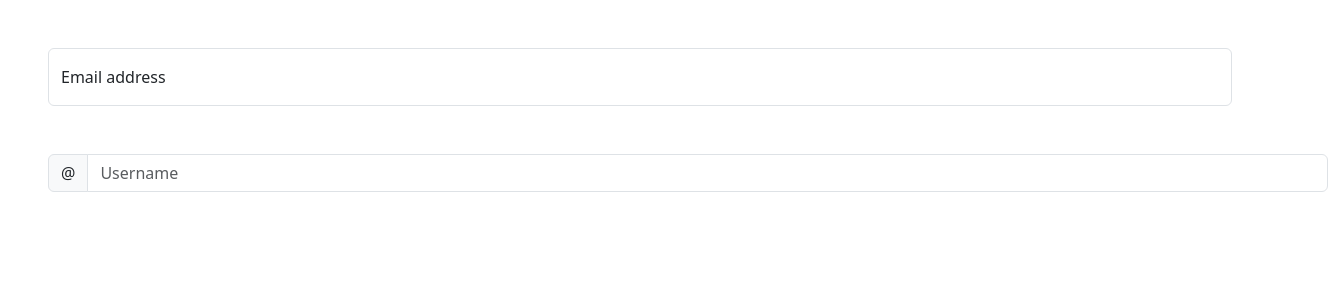
Repository: Riyakashiwala/practical
Page: riya 6th sem/form.html
The author's editor kept a copy of each file at every save. The page is drawn from the files as they stood at one save, then again after the next save.
The browser window is 1280 px wide. The page is 1328 px wide, so the pictures cover 1328 px, including what lies to the right of the window. The pictures show the whole page.

Above is the page before, as saved 2024-12-12 06:03:37.

After the next save:
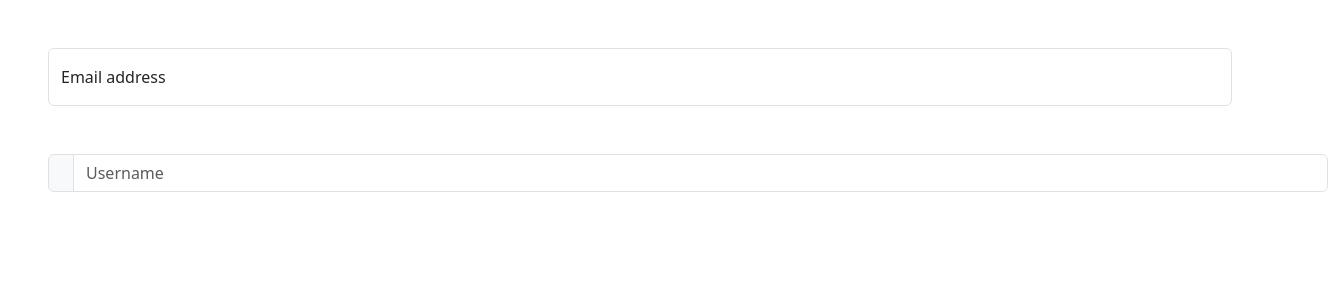
Saved 3 min 0 s later.
--- a/riya 6th sem/form.html
+++ b/riya 6th sem/form.html
@@ -14,7 +14,7 @@
     </div>
 
     <div class="input-group mb-3 m-5">
-        <span class="input-group-text" id="basic-addon1">@</span>
+        <span class="input-group-text" id="basic-addon1"></span>
         <input type="text" class="form-control" placeholder="Username" aria-label="Username" aria-describedby="basic-addon1">
     </div>
     <script src="https://cdn.jsdelivr.net/npm/bootstrap@5.3.3/dist/js/bootstrap.bundle.min.js" integrity="sha384-YvpcrYf0tY3lHB60NNkmXc5s9fDVZLESaAA55NDzOxhy9GkcIdslK1eN7N6jIeHz" crossorigin="anonymous"></script>
